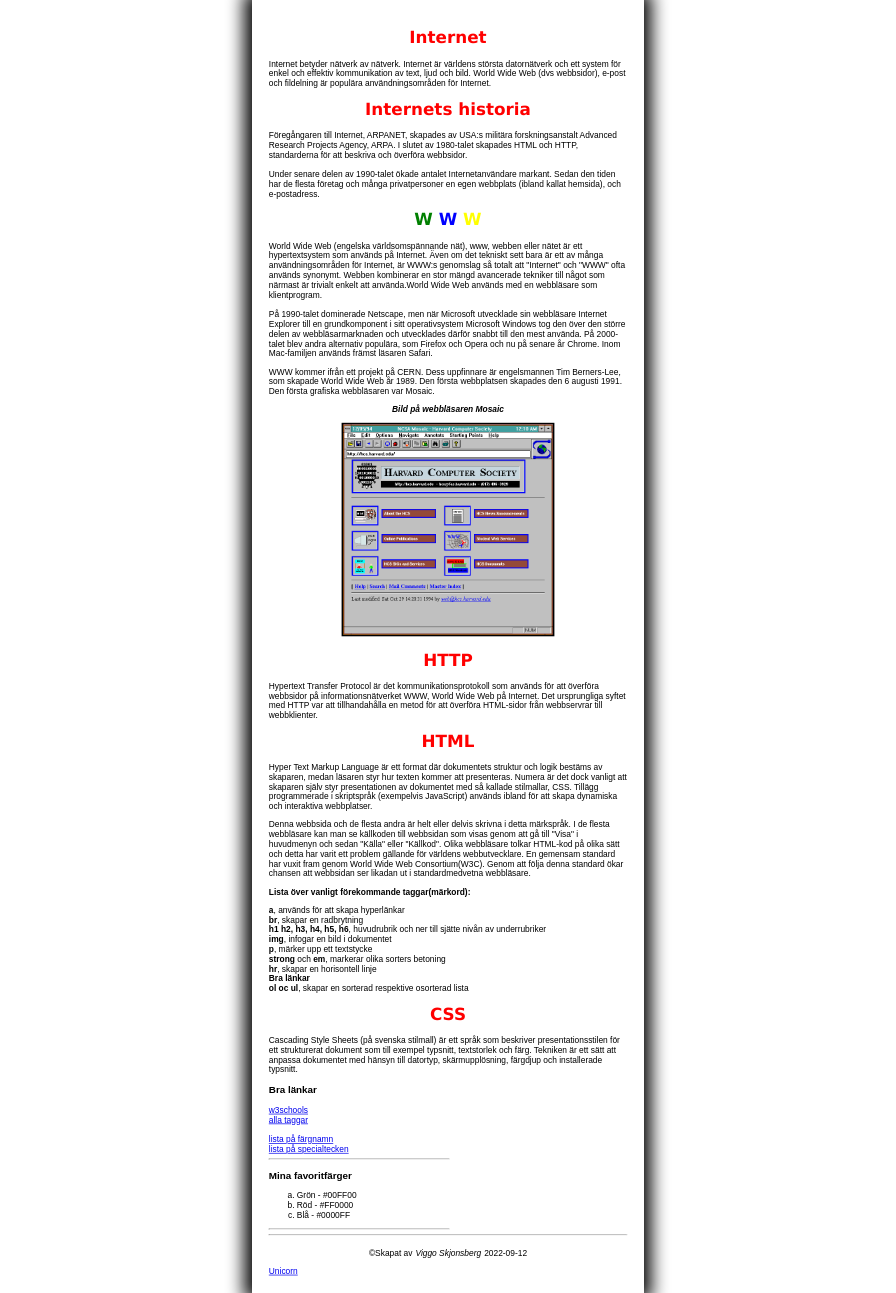
Repository: ViggoSkj/VGY
Page: ovningar/ovning2/ovning2.html
The author's editor kept a copy of each file at every save. The page is drawn from the files as they stood at one save, then again after the next save.
The browser window is 1280 px wide. The pictures show the whole page, at 70% of full size.

Above is the page before, as saved 2022-11-27 11:33:42.

After the next save:
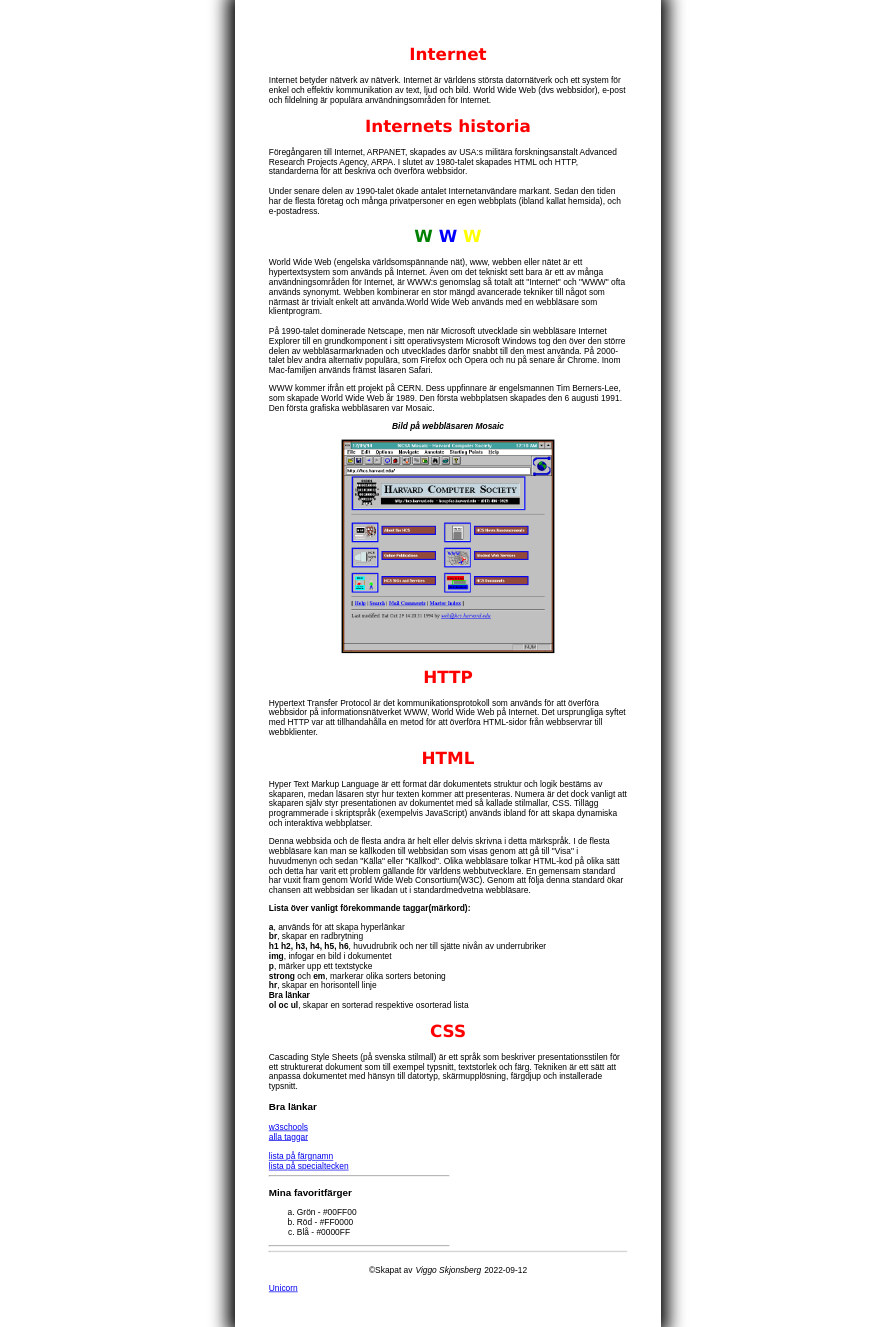
Saved 4 s later.
--- a/ovningar/ovning2/public/css/style.css
+++ b/ovningar/ovning2/public/css/style.css
@@ -5,7 +5,7 @@ body.ovning-2
     font-size: 12px;
     font-family: Arial, Helvetica, sans-serif;
     box-shadow: black 0em 0em 2em 1em;
-    padding: 2em;
+    padding: 4em;
 }
 
 body.ovning-2 h1
